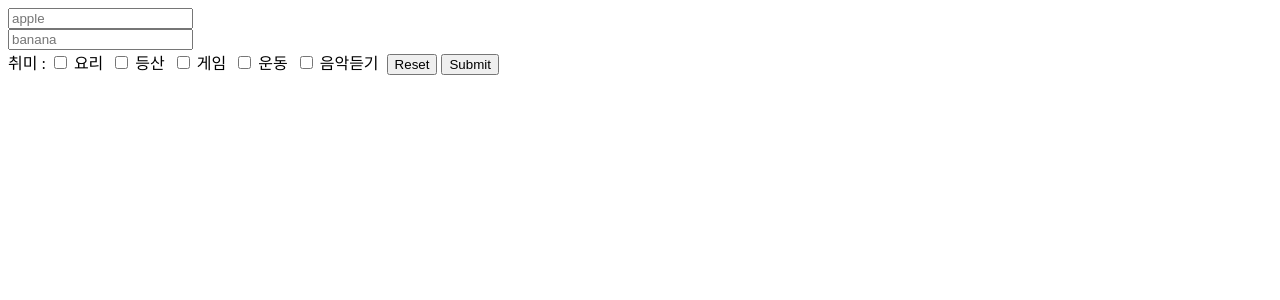
Repository: Kimhwawon/jsp_practice
Page: http://localhost/JSPBasic/JsObject/1.requests/req_param_send.jsp
An editor plug-in stored every save of this project. The page is shown before and after the next save, followed by the edit.
The browser window is 1280 px wide. The pictures show the whole page.
The page is served by Tomcat 9.

Above is the page before, as saved 2022-02-03 06:37:12.

After the next save:
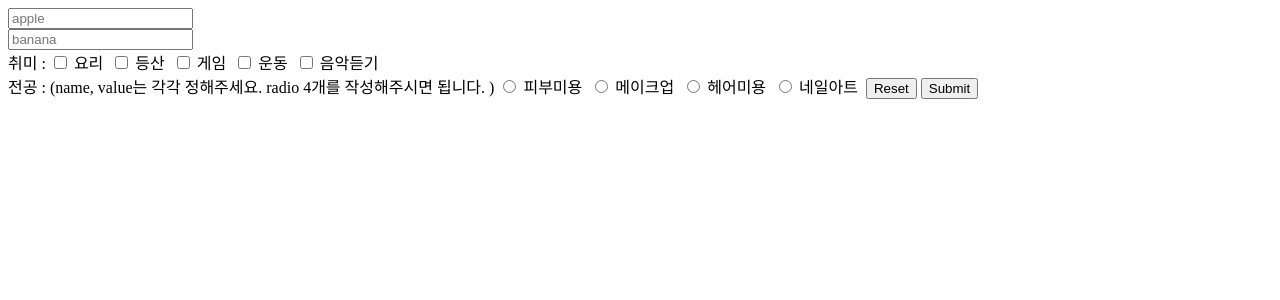
Saved 42 s later.
--- a/JSPBasic/src/main/webapp/JsObject/1.requests/req_param_send.jsp
+++ b/JSPBasic/src/main/webapp/JsObject/1.requests/req_param_send.jsp
@@ -23,7 +23,13 @@
 		<input type = "checkbox" name= "hobby" value="등산" > 등산&nbsp;
 		<input type = "checkbox" name= "hobby" value="게임"> 게임&nbsp;
 		<input type = "checkbox" name= "hobby" value="운동"> 운동&nbsp;
-		<input type = "checkbox" name= "hobby" value="음악듣기"> 음악듣기&nbsp;
+		<input type = "checkbox" name= "hobby" value="음악듣기"> 음악듣기&nbsp;<br/>
+
+		전공 : (name, value는 각각 정해주세요. radio 4개를 작성해주시면 됩니다. )
+		<input type = "radio" name= "subject" value="피부미용" > 피부미용&nbsp;
+		<input type = "radio" name= "subject" value="메이크업" > 메이크업&nbsp;
+		<input type = "radio" name= "subject" value="헤어미용" > 헤어미용&nbsp;
+		<input type = "radio" name= "subject" value="네일아트" > 네일아트&nbsp;
 
 
 	<input type = "reset"/>
